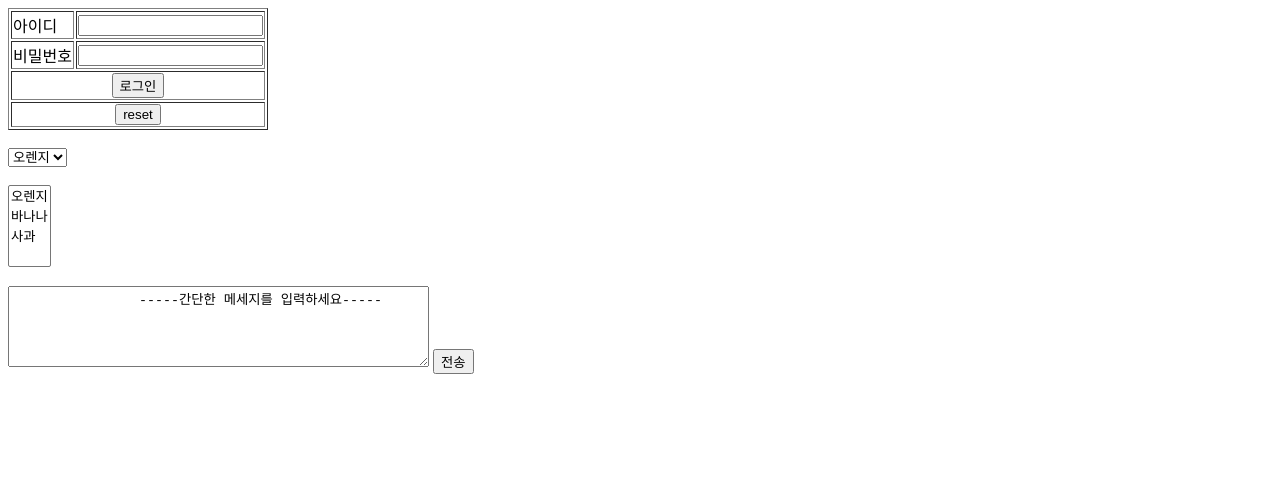
Repository: salee1023/JSP_Practice
Page: HTML_CSS_JS_practice01/src/main/webapp/form_tag.htm
These files come from the project's save history. The page is drawn as it stood at one moment and after the next save; the edit follows.
The browser window is 1280 px wide. The pictures show the whole page.

Above is the page before, as saved 2021-08-16 11:39:19.

### HTML_CSS_JS_practice01/src/main/webapp/form_tag.htm
<!DOCTYPE html>
<html>
<head>
<meta charset="UTF-8">
<title>폼태그 연습</title>
</head>
<body>
	<!--
		폼을 구성하는 태그들
		  : 폼은 데이터를 전송할 때 사용하는 태그,
		  회원가입을 할 때 이름, 전화번호, 주소...

		<form> 자신의 태그내에 있는 데이터를 지정한 웹 주소로 전송해준다.
		데이터 전송방식
		  GET방식 : 데이터용량이 작은 256~4096바이트
		  POST방식 : 대용량의 데이터를 보낼 때 유용하다.

		  <form> 속성 :
		    method : 데이터 전송방식을 지정
		    name : 폼의 이름을 지정. 자바스크립트에서 폼내의 데이터를 구분할 때 사용한다.
		    action : 폼내의 데이터를 이동시킬 위치를 지정한다.
		    enctype : 대용량 파일의 데이터 속성을 지정한다.

		  구성태그들
		  ---------------
		  <input>
		    type :
		      text : 한 줄 입력받을 때 사용하는 형식
		      password : 비밀번호 형태로 입력받을 때 사용하는 형식
		      radio : 상호배타적 선택
		      checkbox : 다중 선택
		      button : 자바스크립트와 연계해서 사용
		      submit : 폼의 내용을 action에서 지정한 주소로 보낼 때 사용하는 형식
		      reset : 폼의 내용을 초깃값으로 재설정할 때 사용하는 형식
		      hidden : 숨김필드로 화면에 보이지 않게 할 때 사용하는 형식
		      file : 파일을 첨부할 때 사용하는 형식.

		  <select>
		  목록상자나 콤보 박스로 폼을 구성할 때 사용하는 태그
		    속성 :
		      name : 필드의 이름을 지정
		      size : 목록상자에 보여지는 항목의 수를 지정한다.
		      multiple : 필드에서 여러개의 항목을 선택할 수 있도록 지정한다.

		  <option>
		  select 태그가 만드는 필드의 항목을 만드는 태그
		    속성 :
		      value : 항목을 선택했을 때 전송할 값을 지정한다.
		      selected : 기본적으로 선택되는 항목을 지정한다.

		  <textarea>
		  여러줄에 입력하는 데이터를 사용하고자 할 때 사용하는 태그
		    속성 :
		      name : 필드의 이름을 지정
		      cols : 대문자 A를 기준으로 너비를 설정
		      rows : 대문자 A를 기준으로 높이를 설정
		      readonly : 필드를 읽기 전용으로 지정
	-->
	<form action="http://www.naver.com/index.html">
		<table border = 1>
			<tr>
				<td>아이디</td>
				<td>
					<input type="text" name="id">
				</td>
			</tr>
			<tr>
				<td>비밀번호</td>
				<td>
					<input type="password" name="pw">
				</td>
			</tr>
			<tr>
				<td colspan=2>
					<div align="center"><input type="submit" value="로그인"></div>
				</td>
			</tr>
			<tr>
				<td colspan=2>
					<div align="center"><input type="reset" value="reset"></div>
				</td>
			</tr>
		</table>
		<br>
		<select name="과일">
			<option value="orange">오렌지</option>
			<option value="banana">바나나</option>
			<option value="apple">사과</option>
		</select>
		<br><br>
		<select name="choice" multiple>
			<option value="orange">오렌지</option>
			<option value="banana">바나나</option>
			<option value="apple">사과</option>
		</select>
		<br><br>
		<textarea name="memo" cols="50" rows="5">
		-----간단한 메세지를 입력하세요-----
		</textarea>
		<input type="submit" value="전송">
	</form>
</body>
</html>

After the next save:
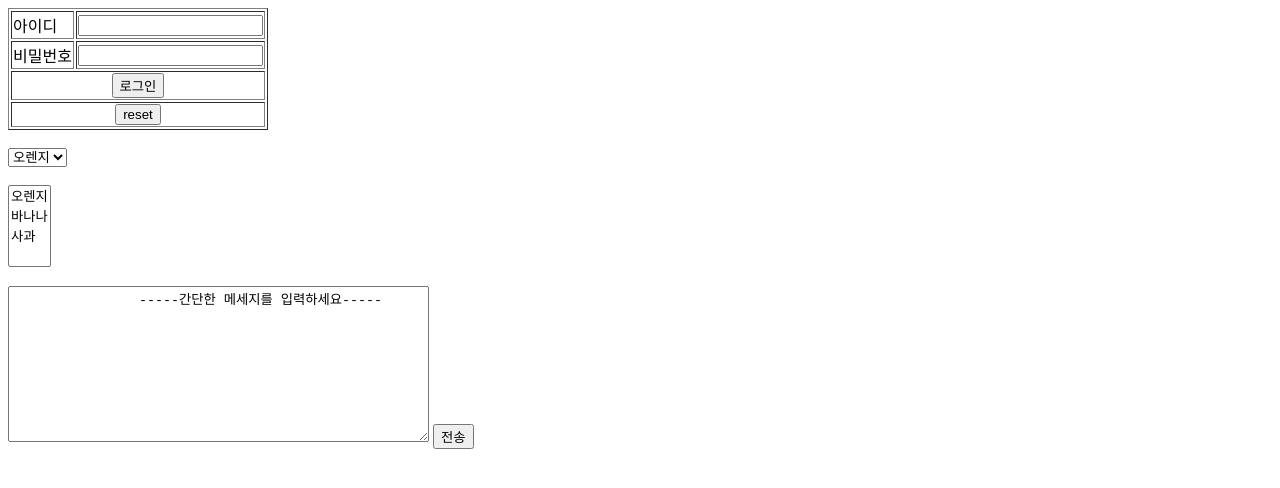
Saved 8 s later.
--- a/HTML_CSS_JS_practice01/src/main/webapp/form_tag.htm
+++ b/HTML_CSS_JS_practice01/src/main/webapp/form_tag.htm
@@ -94,7 +94,7 @@
 			<option value="apple">사과</option>
 		</select>
 		<br><br>
-		<textarea name="memo" cols="50" rows="5">
+		<textarea name="memo" cols="50" rows="10">
 		-----간단한 메세지를 입력하세요-----
 		</textarea>
 		<input type="submit" value="전송">
